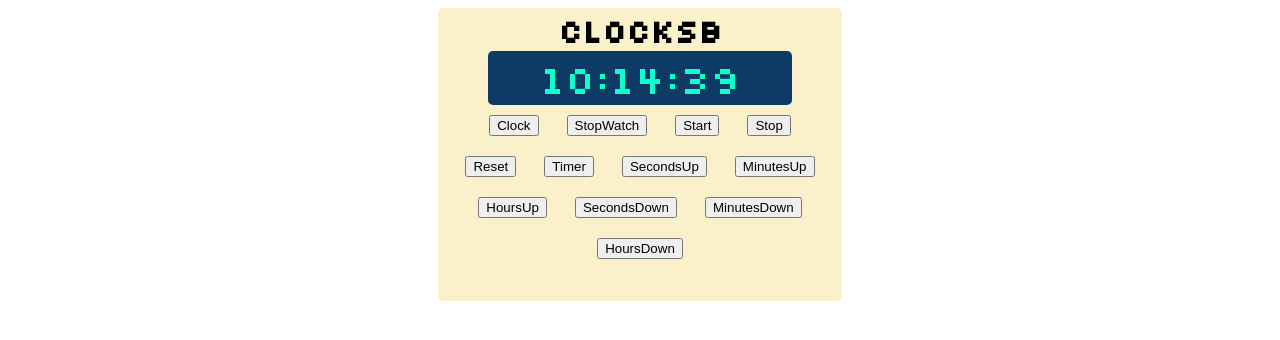
Repository: ourshadetree/clockSB
Page: index.html
An editor plug-in stored every save of this project. The page is shown before and after the next save, followed by the edit.
The browser window is 1280 px wide. The pictures show the whole page.

Above is the page before, as saved 2025-12-06 12:56:41.

### index.html
<!DOCTYPE html>
<html lang="en">
<head>
    <meta charset="UTF-8">
    <meta name="viewport" content="width=device-width, initial-scale=1.0">
    <title>clockSB</title>
    <link href="style.css" rel="stylesheet"/>
    <script src="index.js"></script>
</head>
<body>
    <div id="outer-shell">
        <h1 id="title">ClockSB</h1>

        <div id="screen">
            <span id="clockScreen">Clock stuff</span>

        </div>
        <button onClick="loadClock()">Clock</button>
        <button onClick="loadSW()">StopWatch</button>
        <button onClick="start()">Start</button>
        <button onClick="end()">Stop</button>
        <button onClick="loadSW()">Reset</button>
        <button onClick="loadTimer()">Timer</button>
        <button data-unit="seconds" data-direction="up">SecondsUp</button>
        <button data-unit="minutes" data-direction="up">MinutesUp</button>
        <button data-unit="hours" data-direction="up">HoursUp</button>
        <button data-unit="seconds" data-direction="down">SecondsDown</button>
        <button data-unit="minutes" data-direction="down">MinutesDown</button>
        <button data-unit="hours" data-direction="down">HoursDown</button>
    </div>
</body>
</html>

### style.css
@font-face {
    font-family: 'Silkscreen';
    src: url('./fonts/Silkscreen-Regular.ttf') format('truetype');
    font-weight: normal;
    font-style: normal;
}

body {
    font-family: 'Silkscreen', sans-serif;
    text-align: center;
}

#clockScreen {
    color: aquamarine;
    mix-blend-mode: hard-light;
    font-size: 40px;
}

#title {
    margin: 0;
}

button {
    margin: 10px;
}

#outer-shell {
    margin: auto;
    border: 2px solid #FAF0CA;
    border-radius: 5px;
    background-color: #FAF0CA;
    padding-bottom: 30px;
    width: 400px;
}

#screen {
    margin: auto;
    border: 2px solid #0D3B66;
    border-radius: 5px;
    background-color: #0D3B66;

    width: 300px;
    height: 50px;
}

### index.js
var checkT = new Date();
const timer = {
    hours: 0,
    minutes: 0,
    seconds: 0
}

window.onload = function() {
    loadClock();
}

document.addEventListener("click", (e) => {
    const btn = e.target.closest("button[data-unit][data-direction]");
    if(!btn) return;

    const unit = btn.dataset.unit;
    const direction = btn.dataset.direction;

    if(direction === "up") {
        timer[unit]++;
    } else {
        timer[unit]--;
    }

});

function clearAllIntervals() {
    for(let i = 1; i < 99999; i++) {
        window.clearInterval(i);
    }
}

function loadClock() {
    clearAllIntervals();
    getTime();
    setInterval(getTime, 1000);
}

function getTime() {
    const currentTime = new Date();
    const minutes = currentTime.getMinutes();
    const hours = currentTime.getHours();
    const seconds = currentTime.getSeconds();

    updateClockScreen({minutes, hours, seconds});
}

function updateClockScreen(timeObj) {
    if(timeObj.hours > 12) {
        timeObj.hours = timeObj.hours - 12;
    }

    if(timeObj.minutes < 10) {
        timeObj.minutes = "0" + timeObj.minutes;
    }

    if(timeObj.seconds < 10) {
        timeObj.seconds = "0" + timeObj.seconds;
    }

    let timeNow = timeObj.hours + ":" + timeObj.minutes + ":" + timeObj.seconds;

    let timeNowDis = document.getElementById("clockScreen");
    timeNowDis.innerHTML = timeNow;
}

function loadSW() {
    clearAllIntervals();
    stopWatch();
}

function loadTimer() {
    clearAllIntervals();
    document.getElementById("clockScreen").innerHTML = "0" + timer.hours + ":0" + timer.minutes + ":0" + timer.seconds;
}

function stopWatch() {
    seconds = 0;
    minutes = 0;
    hours = 0;

    document.getElementById("clockScreen").innerHTML = "00:00:00";
}

function start() {
    countUp();
    clearAllIntervals();
    setInterval(countUp, 1000);
}

function end() {
    clearAllIntervals();
}

function countUp() {
    let displayMin;
    let displaySec;
    let displayHour;

    seconds++;

    if(seconds < 10 && seconds != 0) {
        displaySec = "";
        displaySec = "0" + seconds;
    } else if(seconds == 0) {
        displaySec = "";
        displaySec = "00";
    } else {
        displaySec = "";
        displaySec = seconds;
    }
    if(minutes < 10 && minutes != 0) {
        displayMin = "";
        displayMin = "0" + minutes;
    } else if(minutes == 0) {
        displayMin = "";
        displayMin = "00";
    } else {
        displayMin = "";
        displayMin = minutes;
    }
    if(hours < 10 && hours != 0) {
        displayHour = "";
        displayHour = "0" + hours;
    } else if(hours == 0) {
        displayHour = "";
        displayHour = "00";
    } else {
        displayHour = "";
        displayHour = hours;
    }
    if(seconds == 59) {
        seconds = 0;
        minutes++;
    }
    if(minutes == 59) {
        minutes = 0;
        hours++;
    }

    document.getElementById("clockScreen").innerHTML = displayHour + ":" + displayMin + ":" + displaySec;
}

After the next save:
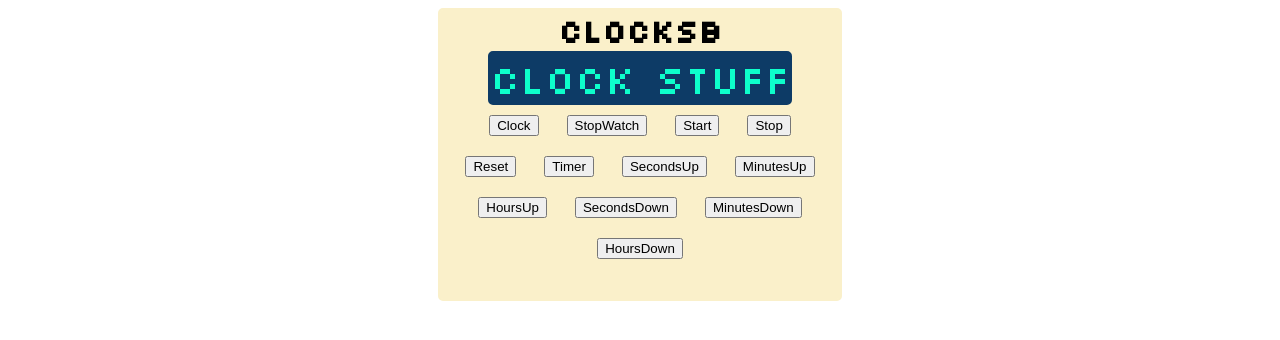
Console error: TypeError: Assignment to constant variable.
Saved 93 s later.
--- a/index.js
+++ b/index.js
@@ -46,6 +46,10 @@
 }
 
 function updateClockScreen(timeObj) {
+    const amPm = "AM";
+    if(timeObj.hours >= 12) {
+        amPm = "PM";
+    }
     if(timeObj.hours > 12) {
         timeObj.hours = timeObj.hours - 12;
     }
@@ -58,7 +62,7 @@
         timeObj.seconds = "0" + timeObj.seconds;
     }
 
-    let timeNow = timeObj.hours + ":" + timeObj.minutes + ":" + timeObj.seconds;
+    let timeNow = timeObj.hours + ":" + timeObj.minutes + ":" + timeObj.seconds + " " + amPm;
 
     let timeNowDis = document.getElementById("clockScreen");
     timeNowDis.innerHTML = timeNow;

After the save that followed:
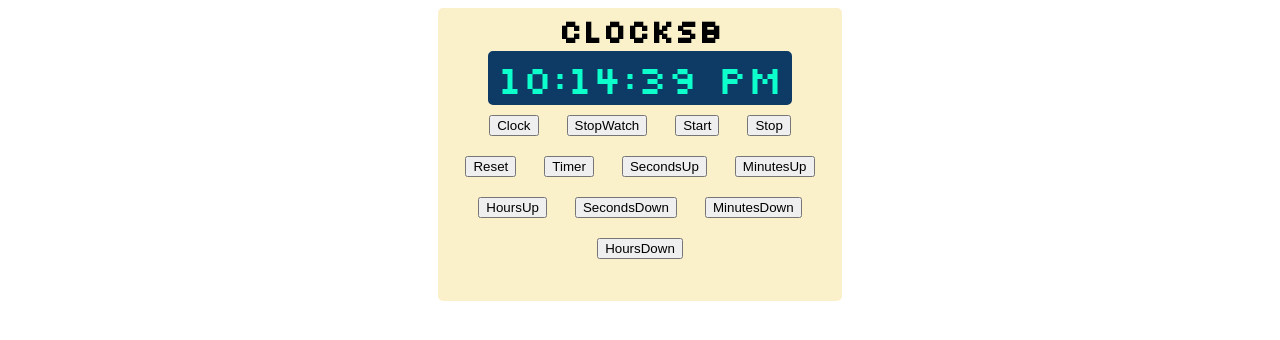
The error is gone.
Saved 25 s later.
--- a/index.js
+++ b/index.js
@@ -46,7 +46,7 @@
 }
 
 function updateClockScreen(timeObj) {
-    const amPm = "AM";
+    var amPm = "AM";
     if(timeObj.hours >= 12) {
         amPm = "PM";
     }
